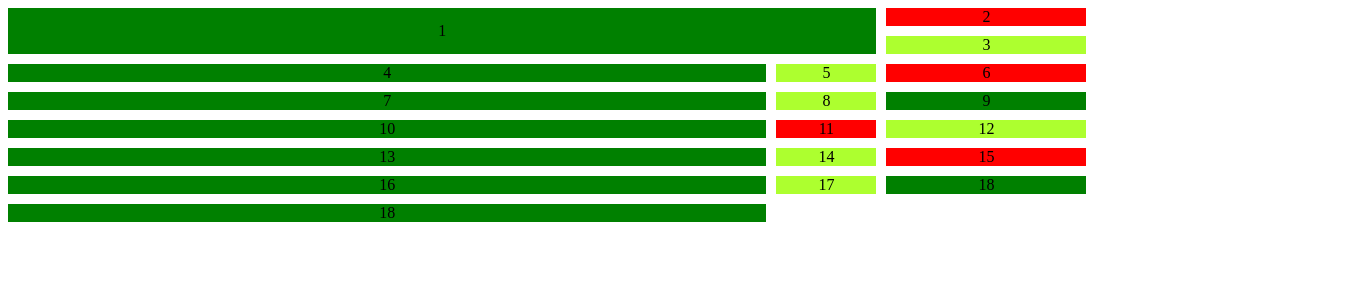
Repository: motiejus1/09-paskaita-05.31
Page: index.html
An editor plug-in stored every save of this project. The page is shown before and after the next save, followed by the edit.
The browser window is 1280 px wide. The page is 1280 px wide, then 1366 px, so the pictures cover 1366 px, including what lies to the right of the window. The pictures show the whole page.

Above is the page before, as saved 2021-06-15 19:31:24.

After the next save:
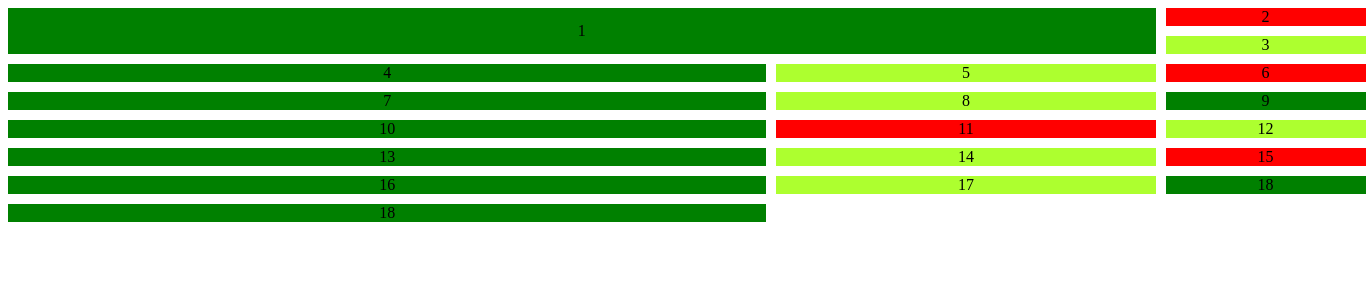
Saved 4 s later.
--- a/index.html
+++ b/index.html
@@ -8,7 +8,7 @@
     <style>
         .grid-container {
             display: grid;
-            grid-template-columns: 60% 100px 200px;
+            grid-template-columns: 60% 30% 200px;
             grid-column-gap: 10px ;
             grid-row-gap: 10px ;
         }
